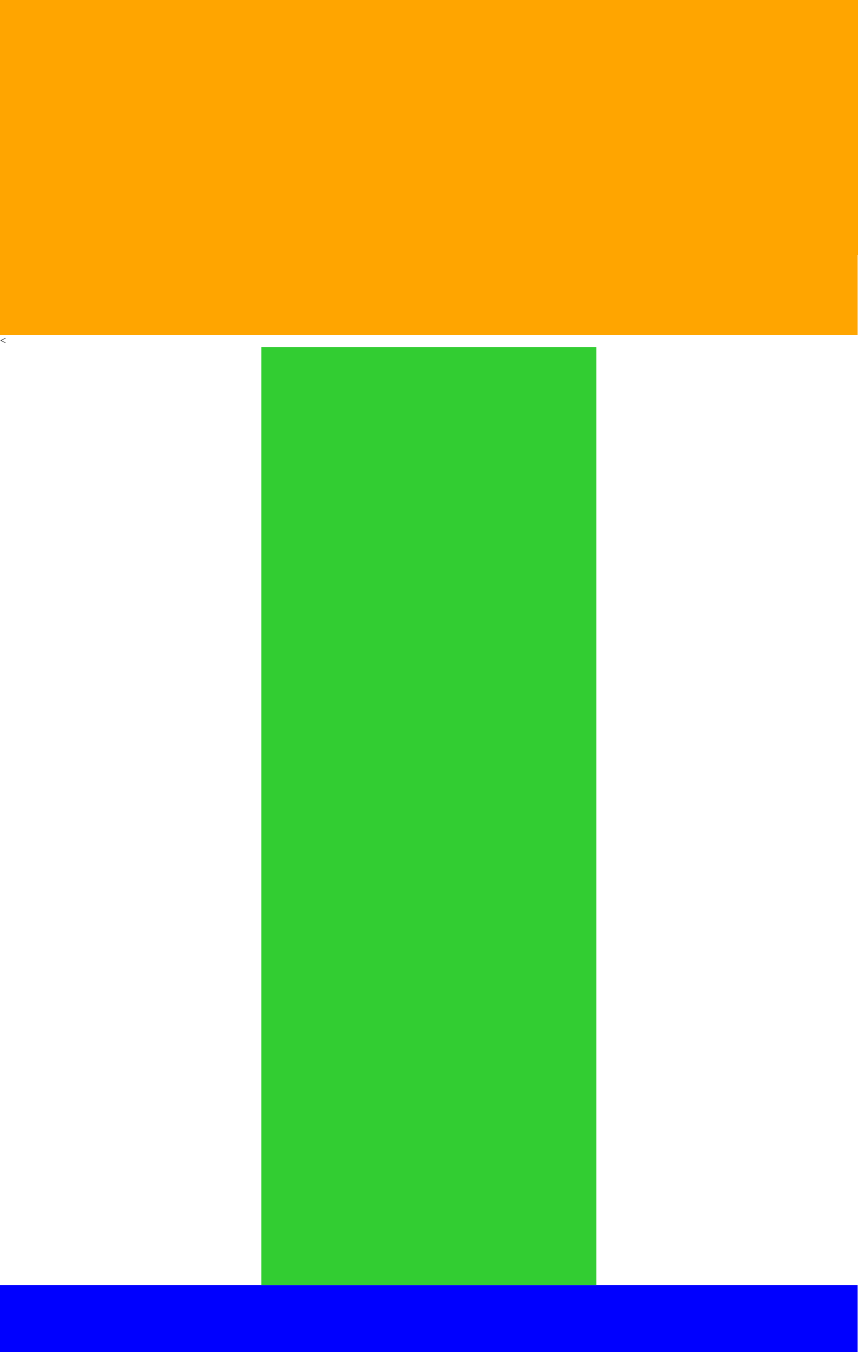
Repository: nashiworio1011/git-kadi1
Page: ennsyuu/chapter4.html
The author's editor kept a record of every edit. The page is drawn from the files as they stood at one moment, then again after the next edit.
The browser window is 1280 px wide. The pictures show the whole page, at 67% of full size.

Above is the page before.

After the next edit:
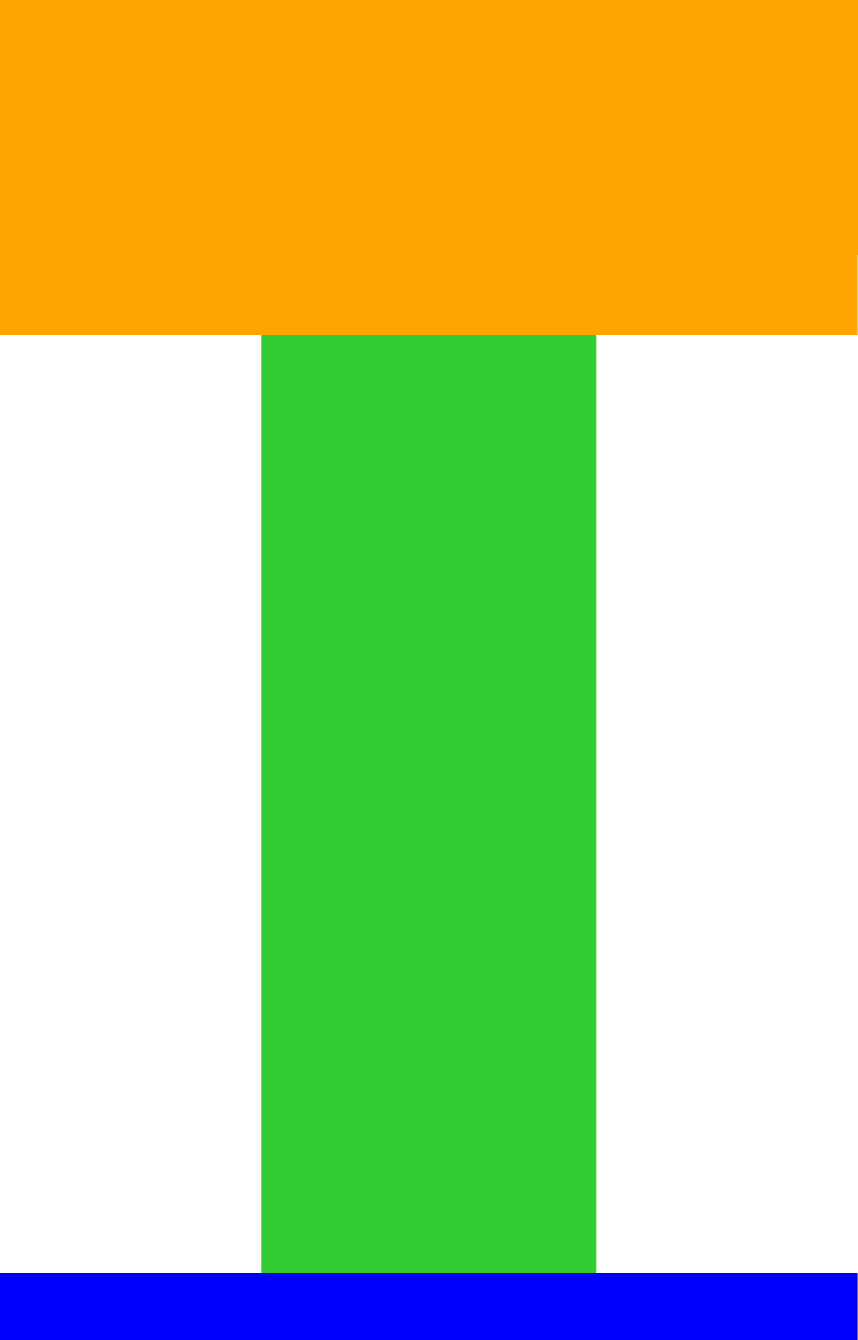
The edit:
--- a/ennsyuu/chapter4.html
+++ b/ennsyuu/chapter4.html
@@ -9,7 +9,7 @@
 
   <body>
     <div class="header"></div>
-    <div class="main-visual"></div><
+    <div class="main-visual"></div>
     <div class="main">
       <div class="sidebar-left"></div>
       <div class="blog"></div>
